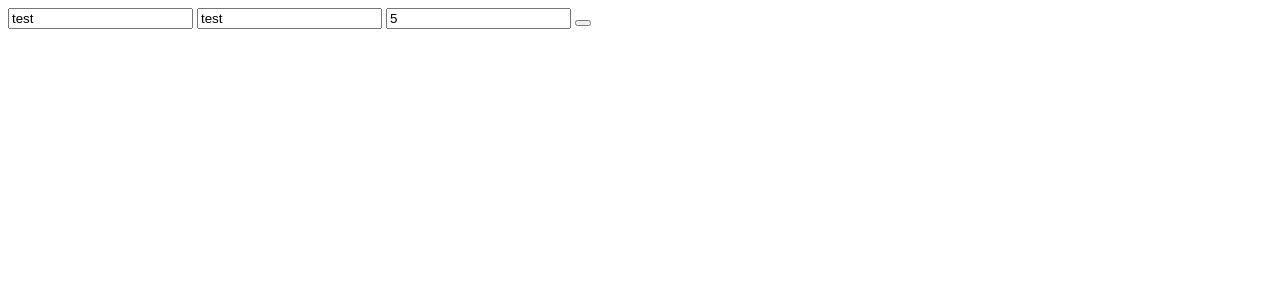
Repository: motiejus1/14-paskaita-PHP-05.31
Page: http://localhost/klientupildymoforma.php
An editor plug-in stored every save of this project. The page is shown before and after the next save, followed by the edit.
The browser window is 1280 px wide. The pictures show the whole page.
The page is run by PHP 8.4 with error messages shown; the project is at /var/www/html/.

Above is the page before, as saved 2021-08-14 11:04:41.

After the next save:
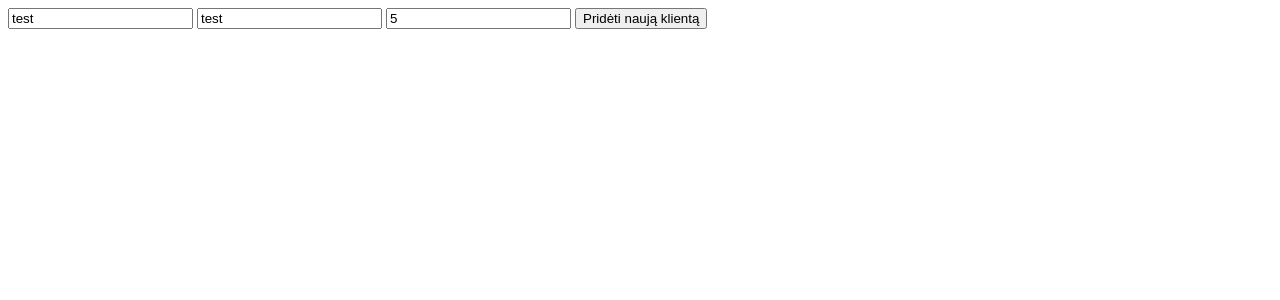
Saved 9 s later.
--- a/klientupildymoforma.php
+++ b/klientupildymoforma.php
@@ -13,7 +13,7 @@
         <input type="text" value="test" name="vardas"/>
         <input type="text" value="test" name="pavarde"/>
         <input type="text" value="5" name="teises_id"/>
-        <button> </button>
+        <button>Pridėti naują klientą</button>
     </form>
 </body>
 </html>
